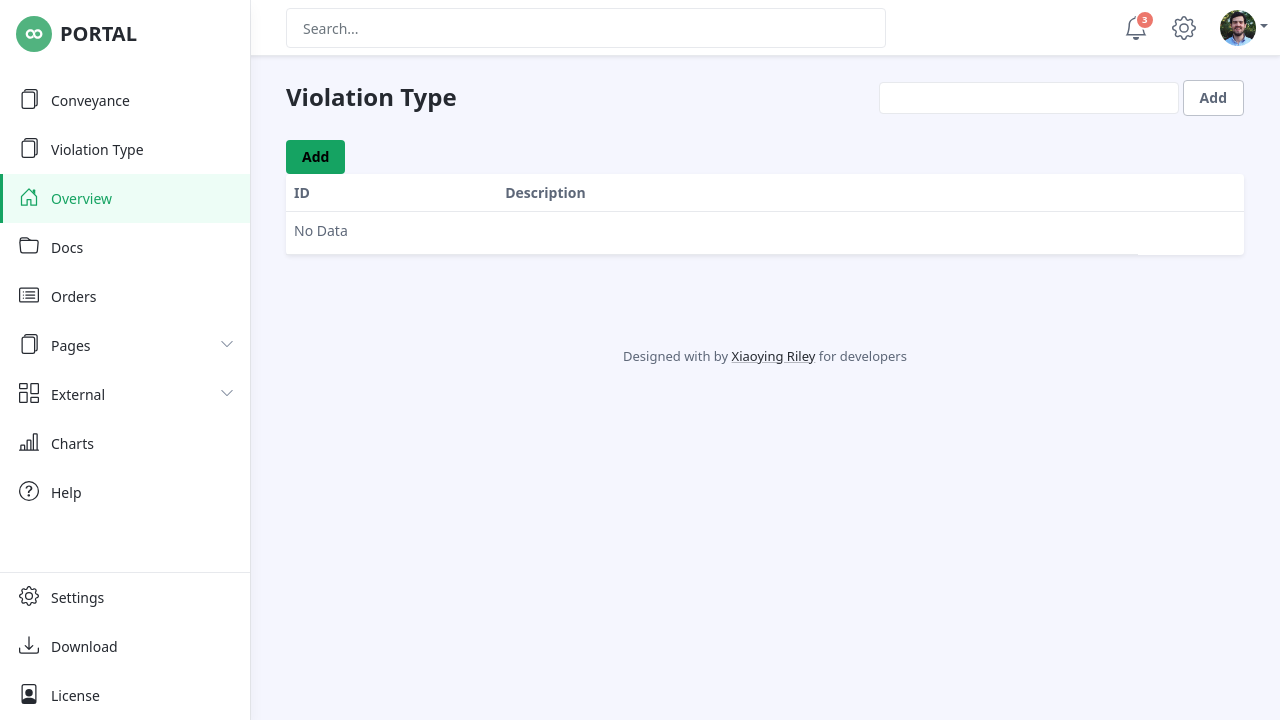
Repository: jaden14/quarry_vehicle
Page: http://localhost/violationtype
The author's editor kept a copy of each file at every save. The page is drawn from the files as they stood at one save, then again after the next save.
The browser window is 1280 px wide. The pictures show the whole page.
Some web libraries are served in a nearby version. The page is served by the project's Laravel application, run on PHP 8.4 with Laravel 8. A made-up administrator, Test User (test@example.com), is signed in. Queries for data that is not in the repository find no rows.

Above is the page before, as saved 2022-03-18 14:13:04.
Console error: TypeError: Cannot read properties of null (reading 'getContext')

After the next save:
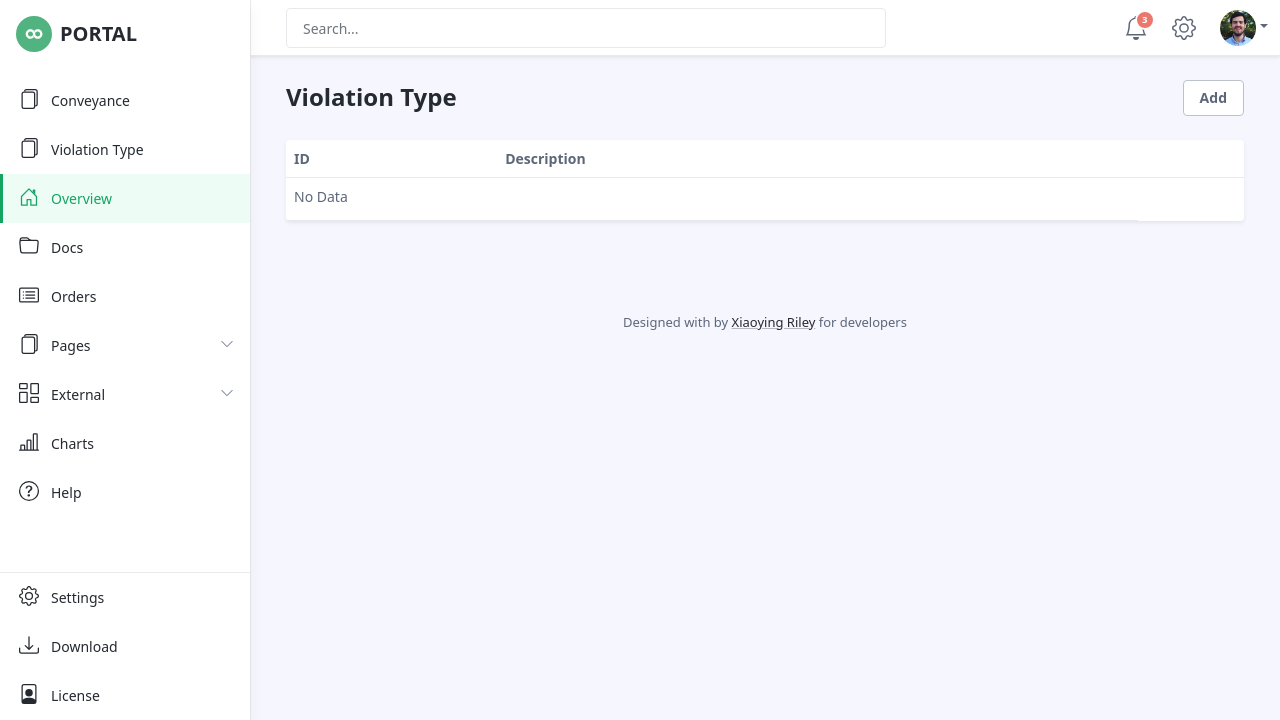
Saved 75 s later.
--- a/resources/views/ViolationType/index.blade.php
+++ b/resources/views/ViolationType/index.blade.php
@@ -10,26 +10,15 @@
         <div class="col-auto">
             <div class="page-utilities">
                 <div class="col-auto">
-                        <form class="table-search-form row gx-1 align-items-center" action="{{ route('violationtype.store') }}" method="POST">
-                            @csrf
 
-                            <div class="col-auto">
-                                <input type="text" name="description" class="form-control search-orders">
-                            </div>
-                            <div class="col-auto">
-                                <button type="submit" class="btn app-btn-secondary">Add</button>
-                            </div>
-                        </form>
+                        <button type="button" class="btn app-btn-secondary" data-toggle="modal" data-target="#addViolationType">
+                            Add
+                        </button>
 
                     </div><!--//col-->
             </div><!--//table-utilities-->
         </div><!--//col-auto-->
     </div><!--//row-->
-
-<!-- Button trigger modal -->
-<button type="button" class="btn btn-primary" data-toggle="modal" data-target="#addViolationType">
-  Add
-</button>
 
 <!-- Modal -->
 <div class="modal fade" id="addViolationType" tabindex="-1" role="dialog" aria-labelledby="exampleModalCenterTitle" aria-hidden="true">
